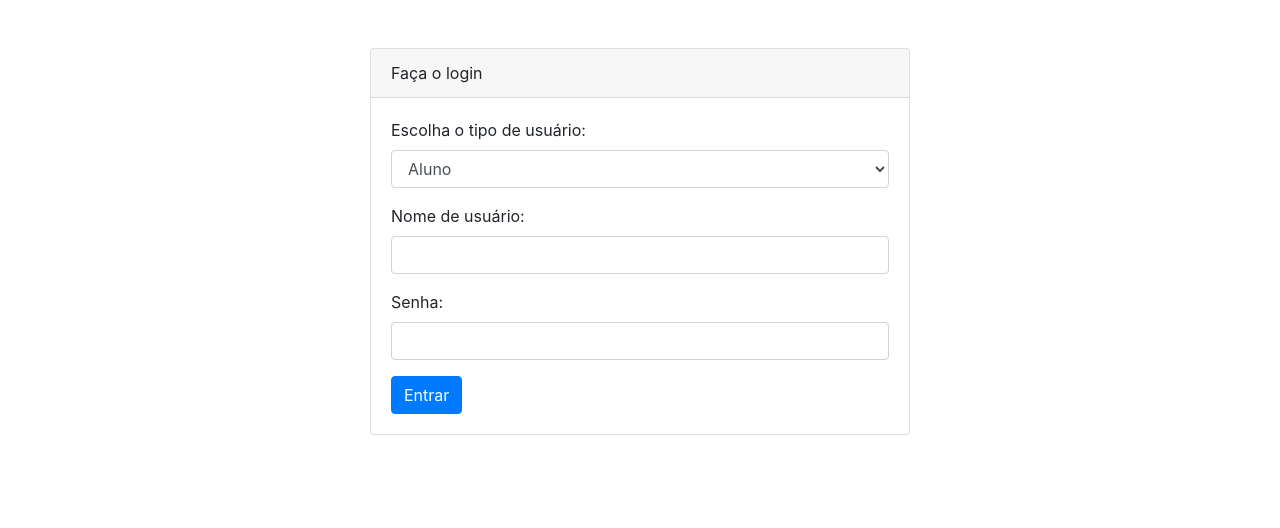
Repository: IrisRPerrorni/APIFullstackGerenciamentoEscolar
Page: Front/index.html
These files come from the project's save history. The page is drawn as it stood at one moment and after the next save; the edit follows.
The browser window is 1280 px wide. The pictures show the whole page.
Some web libraries are served in a nearby version.

Above is the page before, as saved 2023-09-22 14:37:41.

After the next save:
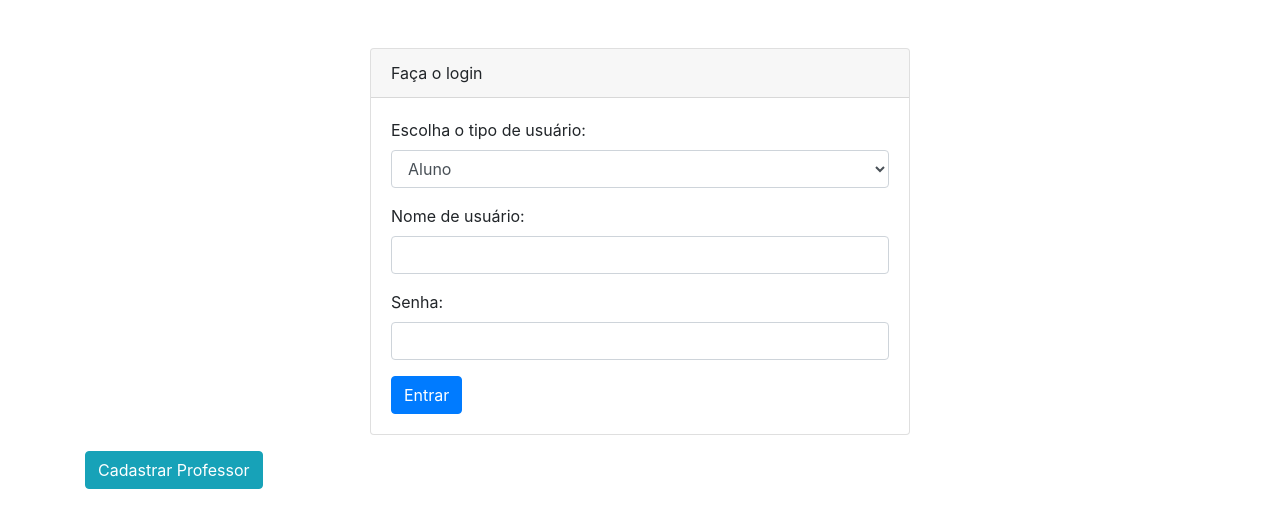
Saved 23 min 26 s later.
--- a/Front/index.html
+++ b/Front/index.html
@@ -36,6 +36,9 @@
             </div>
         </div>
     </div>
+    <div class="form-group mt-3">
+        <a href="cadastro_professor.html" class="btn btn-info">Cadastrar Professor</a>
+    </div>
 </div>
 
 <script src="https://code.jquery.com/jquery-3.5.1.slim.min.js"></script>

After the 5 saves that followed:
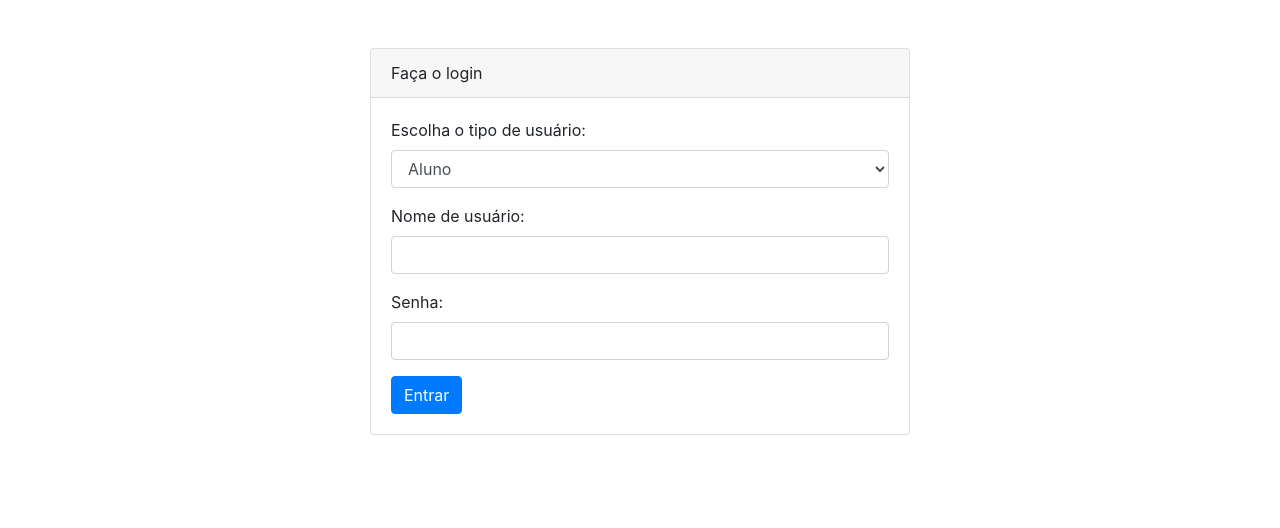
The 5 saves are shown as one change because they came seconds apart.
The last was saved 13 s later.
--- a/Front/index.html
+++ b/Front/index.html
@@ -36,9 +36,7 @@
             </div>
         </div>
     </div>
-    <div class="form-group mt-3">
-        <a href="cadastro_professor.html" class="btn btn-info">Cadastrar Professor</a>
-    </div>
+
 </div>
 
 <script src="https://code.jquery.com/jquery-3.5.1.slim.min.js"></script>
